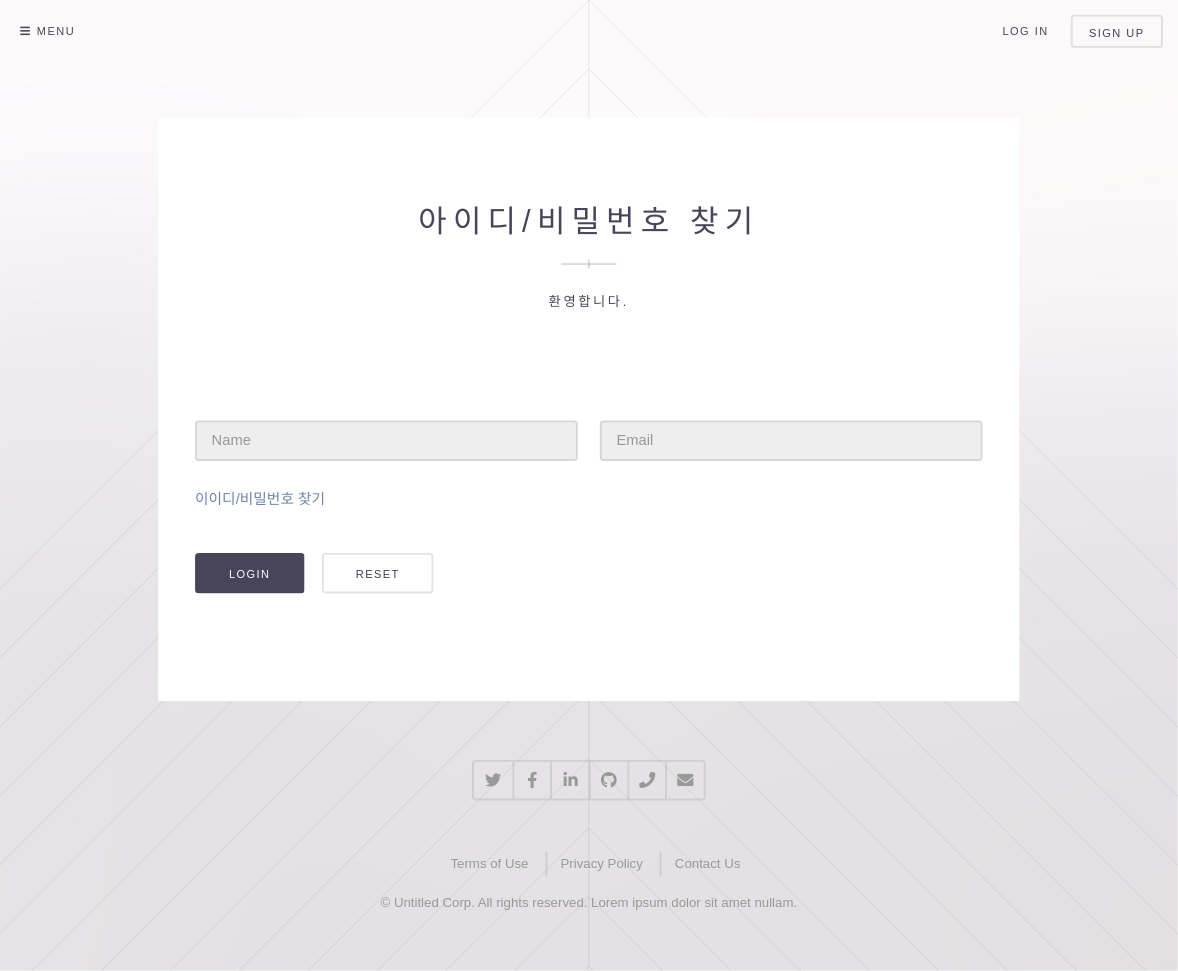
Repository: WKMoon/JavaScript-Project
Page: myFront/WebContent/find.html
These files come from the project's save history. The page is drawn as it stood at one moment and after the next save; the edit follows.
The browser window is 1280 px wide. The pictures show the whole page, at 92% of full size.
Some web fonts or font styles are not loaded; a fallback is used.

Above is the page before, as saved 2021-02-25 08:03:15.

### myFront/WebContent/find.html
<!DOCTYPE html>
<html>
<head>
<meta charset="UTF-8">
<meta name="viewport" content="width=device-width, initial-scale=1, user-scalable=no" />
<link rel="stylesheet" href="assets/css/main.css" />
<title>아이디/비밀번호 찾기</title>
</head>
	<body class="is-preload">

		<!-- Header -->
			<header id="header">
				<a href="#menu">Menu</a>
				<a href="login.html">Log In</a>
				<a href="signup.html" class="button">Sign Up</a>
			</header>

		<!-- Nav -->
			<nav id="menu">
				<ul class="links">
					<li><a href="index.html">Home</a></li>
					<li><a href="generic.html">Generic</a></li>
					<li><a href="elements.html">Elements</a></li>
				</ul>
				<ul class="actions stacked">
					<li><a href="login.html" class="button primary fit">Log In</a></li>
					<li><a href="signup.html" class="button fit">Sign Up</a></li>
				</ul>
			</nav>


		<!-- Main -->
			<section id="main" class="wrapper style1">
				<div class="inner">

					<!-- Title -->
						<header class="major special">
							<h1>아이디/비밀번호 찾기</h1>
							<p>환영합니다.</p>
						</header>

					<!-- Content -->
						<div class="content">
							<form method="post" action="#">
											<div class="row">
												<div class="col-6 col-12-xsmall">
													<input type="text" name="name" id="name" value="" placeholder="Name" />
												</div>
												<div class="col-6 col-12-xsmall">
													<input type="email" name="email" id="email" value="" placeholder="Email" />
												</div>



												<div class="col-6 col-12-small" style=" margin-bottom:5%;">
													<a href="agreement.html"style="text-decoration: none;">이이디/비밀번호 찾기</a>

												</div>
												<!-- Break -->

												<!-- Break -->
												<div class="col-12">
													<ul class="actions">
														<li><input type="submit" value="Login" class="primary" /></li>
														<li><input type="reset" value="Reset" /></li>
													</ul>
												</div>
											</div>
										</form>
						</div>

				</div>
			</section>

		<!-- Footer -->
			<footer id="footer">
				<ul class="alt-icons">
					<li><a href="#" class="icon brands fa-twitter"><span class="label">Twitter</span></a></li>
					<li><a href="#" class="icon brands fa-facebook-f"><span class="label">Facebook</span></a></li>
					<li><a href="#" class="icon brands fa-linkedin-in"><span class="label">LinkedIn</span></a></li>
					<li><a href="#" class="icon brands fa-github"><span class="label">GitHub</span></a></li>
					<li><a href="#" class="icon solid fa-phone"><span class="label">Phone</span></a></li>
					<li><a href="#" class="icon solid fa-envelope"><span class="label">Email</span></a></li>
				</ul>
				<ul class="menu">
					<li><a href="#">Terms of Use</a></li>
					<li><a href="#">Privacy Policy</a></li>
					<li><a href="#">Contact Us</a></li>
				</ul>
				<p class="copyright">
					&copy; Untitled Corp. All rights reserved. Lorem ipsum dolor sit amet nullam.
				</p>
			</footer>

		<!-- Scripts -->
			<script src="assets/js/jquery.min.js"></script>
			<script src="assets/js/jquery.scrolly.min.js"></script>
			<script src="assets/js/jquery.scrollex.min.js"></script>
			<script src="assets/js/browser.min.js"></script>
			<script src="assets/js/breakpoints.min.js"></script>
			<script src="assets/js/util.js"></script>
			<script src="assets/js/main.js"></script>

	</body>
</html>

Loaded but not shown: myFront/WebContent/assets/js/jquery.min.js (library); myFront/WebContent/assets/js/jquery.scrolly.min.js (common file); myFront/WebContent/assets/js/jquery.scrollex.min.js (common file); myFront/WebContent/assets/js/browser.min.js (common file); myFront/WebContent/assets/js/breakpoints.min.js (common file); myFront/WebContent/assets/css/fontawesome-all.min.css (library); myFront/WebContent/assets/js/util.js (587 lines, source omitted); myFront/WebContent/assets/js/main.js (57 lines, source omitted); myFront/WebContent/assets/css/main.css (4487 lines, source omitted)

After the next save:
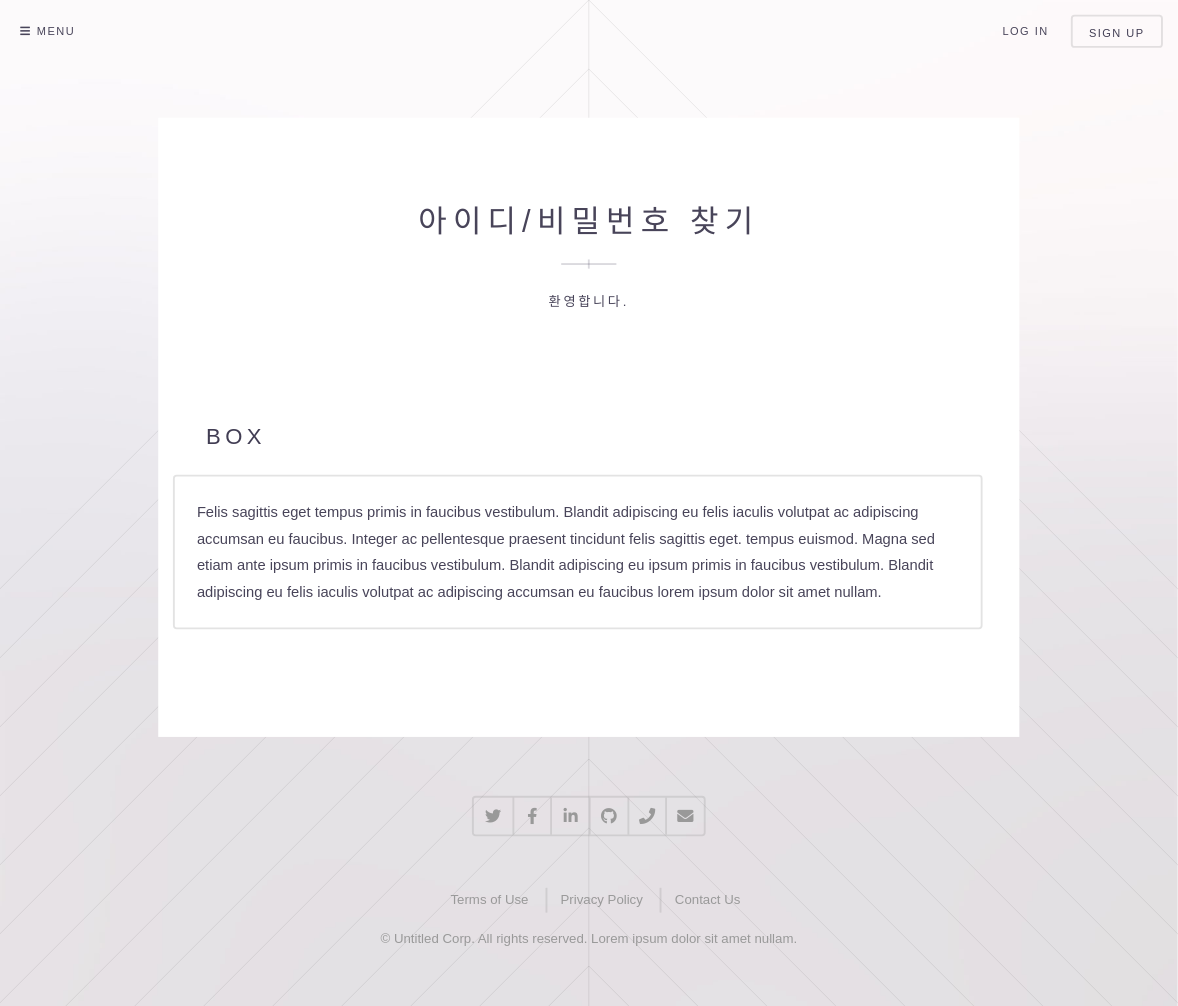
Saved 2 min 22 s later.
--- a/myFront/WebContent/find.html
+++ b/myFront/WebContent/find.html
@@ -43,28 +43,10 @@
 						<div class="content">
 							<form method="post" action="#">
 											<div class="row">
-												<div class="col-6 col-12-xsmall">
-													<input type="text" name="name" id="name" value="" placeholder="Name" />
-												</div>
-												<div class="col-6 col-12-xsmall">
-													<input type="email" name="email" id="email" value="" placeholder="Email" />
-												</div>
-
-
-
-												<div class="col-6 col-12-small" style=" margin-bottom:5%;">
-													<a href="agreement.html"style="text-decoration: none;">이이디/비밀번호 찾기</a>
-
-												</div>
-												<!-- Break -->
-
-												<!-- Break -->
-												<div class="col-12">
-													<ul class="actions">
-														<li><input type="submit" value="Login" class="primary" /></li>
-														<li><input type="reset" value="Reset" /></li>
-													</ul>
-												</div>
+												<h3>Box</h3>
+										<div class="box">
+											<p>Felis sagittis eget tempus primis in faucibus vestibulum. Blandit adipiscing eu felis iaculis volutpat ac adipiscing accumsan eu faucibus. Integer ac pellentesque praesent tincidunt felis sagittis eget. tempus euismod. Magna sed etiam ante ipsum primis in faucibus vestibulum. Blandit adipiscing eu ipsum primis in faucibus vestibulum. Blandit adipiscing eu felis iaculis volutpat ac adipiscing accumsan eu faucibus lorem ipsum dolor sit amet nullam.</p>
+										</div>
 											</div>
 										</form>
 						</div>
